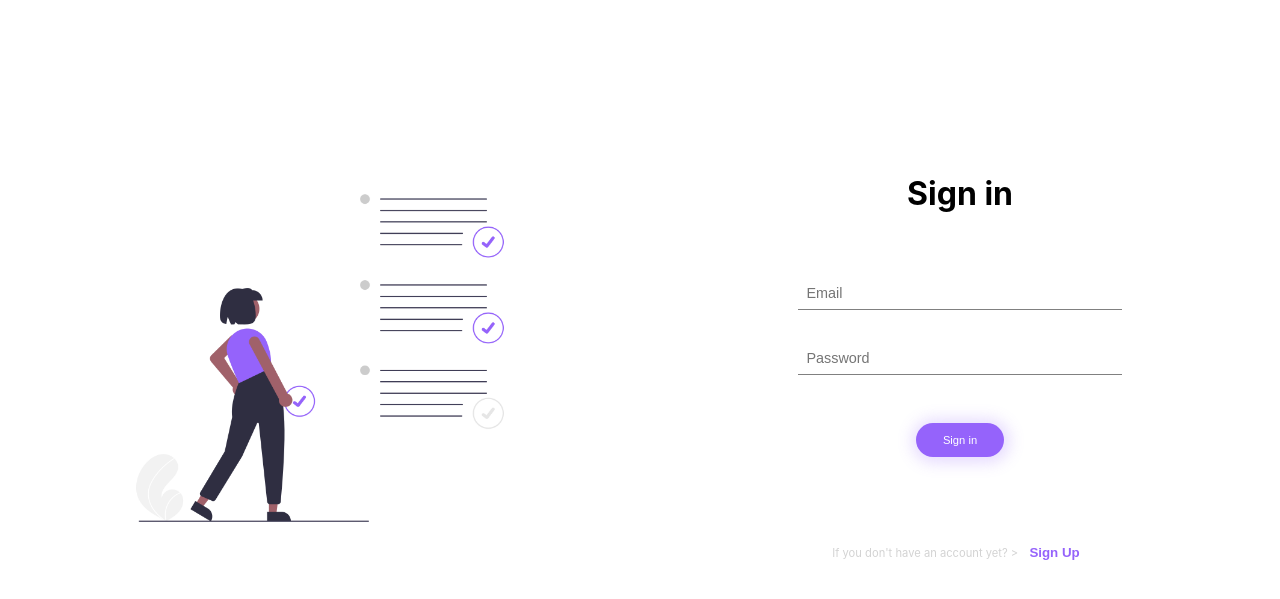
Repository: EEOOOO/wanted-pre-onboarding-fe
Page: / (app in to-do-list-app/)
An editor plug-in stored every save of this project. The page is shown before and after the next save, followed by the edit.
The browser window is 1280 px wide. The pictures show the whole page.
The project was rebuilt for these pictures with package versions that can differ from the ones it lists, and the page was loaded fresh each time. Also part of the build but not shown: to-do-list-app/src/components/sign_up/sign_up.module.css, to-do-list-app/src/components/sign_up/sign_up.jsx, to-do-list-app/src/components/todoList/todo_list.jsx.

Above is the page before, as saved 2022-08-22 01:30:04.

After the next save:
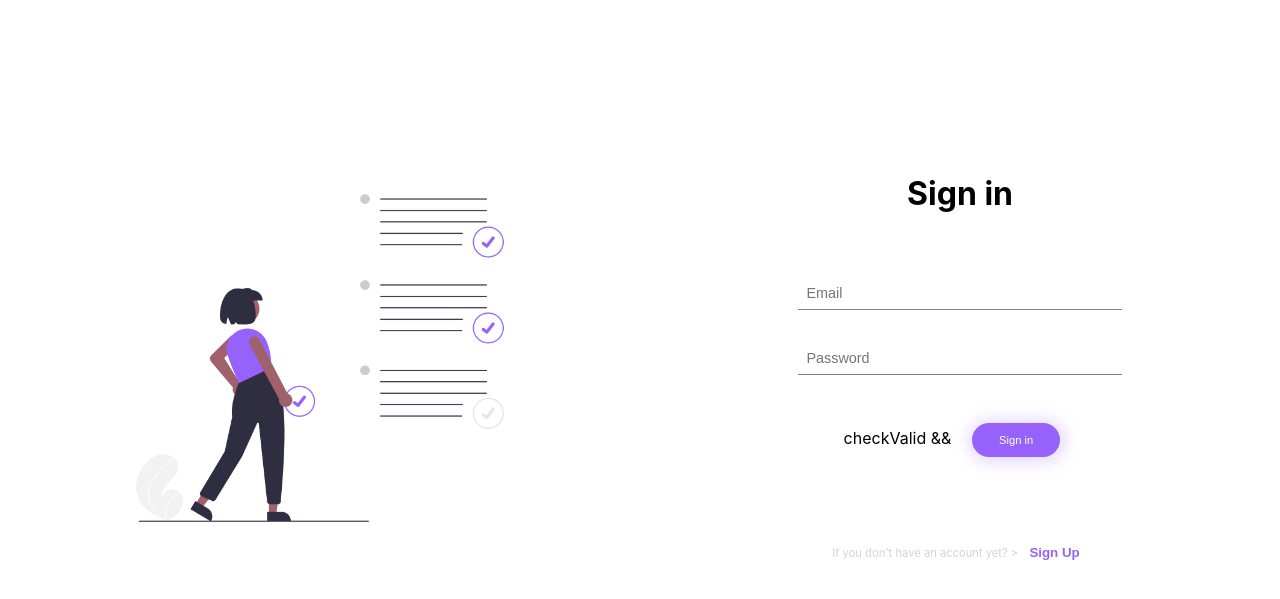
Saved 48 s later.
--- a/to-do-list-app/src/components/login_input_form/login_input_form.jsx
+++ b/to-do-list-app/src/components/login_input_form/login_input_form.jsx
@@ -17,7 +17,7 @@
             className={style.inputPassWord}
             placeholder='Password'></input>
         </div>
-        <button type="submit" className={style.submitButton}>{submitContent}</button>
+        checkValid && <button type="submit" className={style.submitButton}>{submitContent}</button>
     </form>
     );
 };

After the save that followed:
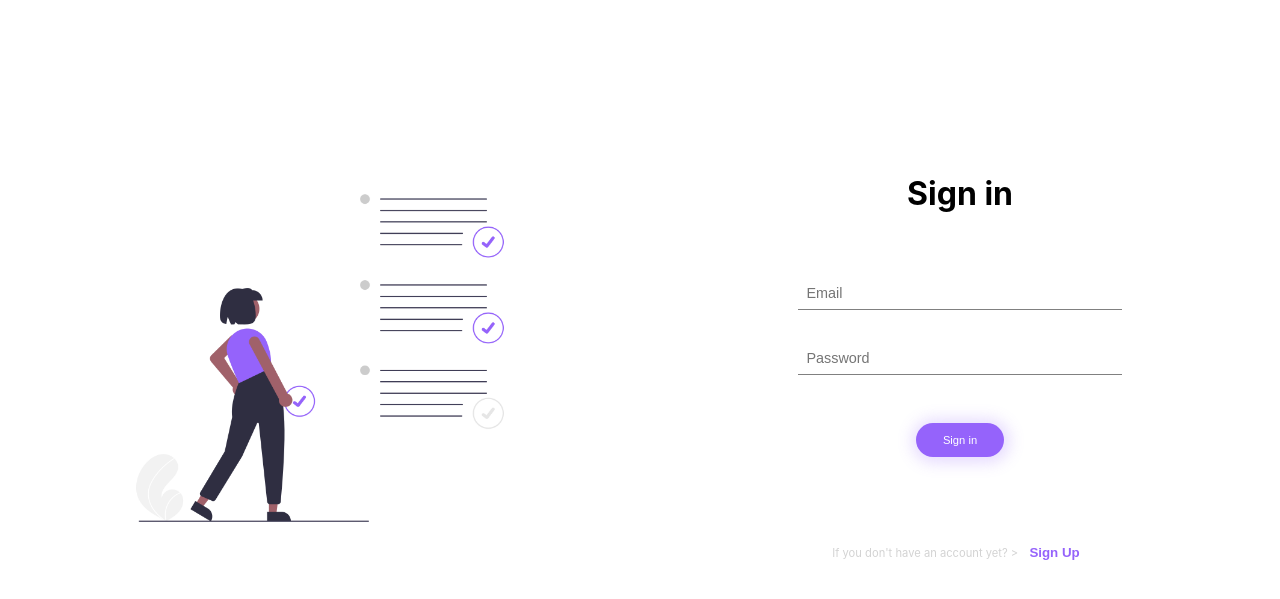
Saved 8 s later.
--- a/to-do-list-app/src/components/login_input_form/login_input_form.jsx
+++ b/to-do-list-app/src/components/login_input_form/login_input_form.jsx
@@ -17,7 +17,7 @@
             className={style.inputPassWord}
             placeholder='Password'></input>
         </div>
-        checkValid && <button type="submit" className={style.submitButton}>{submitContent}</button>
+        {checkValid && <button type="submit" className={style.submitButton}>{submitContent}</button>}
     </form>
     );
 };
